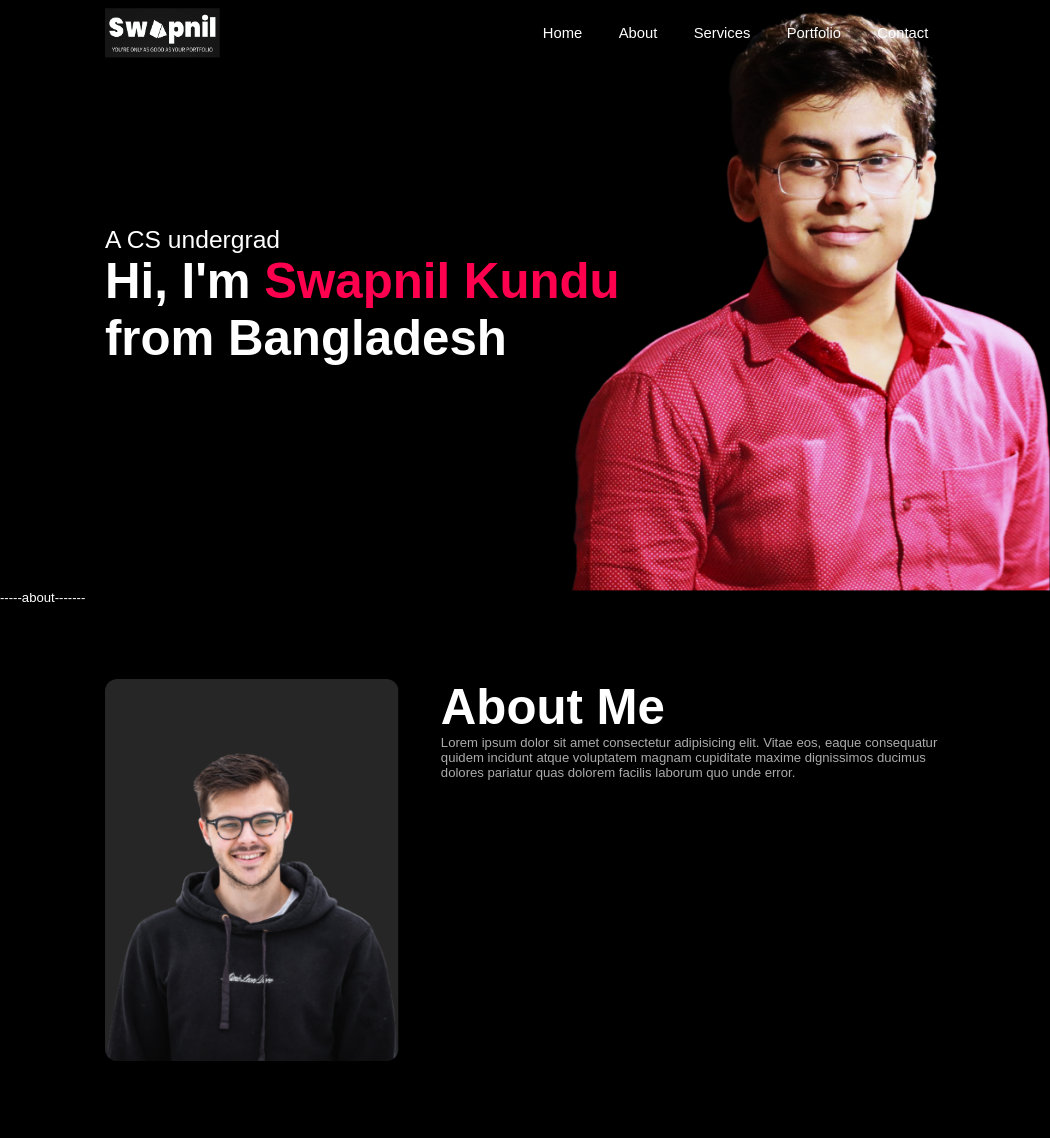
Repository: SwapnilKundu/portfolio
Page: index.html
These files come from the project's save history. The page is drawn as it stood at one moment and after the next save; the edit follows.
The browser window is 1280 px wide. The pictures show the whole page, at 82% of full size.

Above is the page before, as saved 2024-01-19 10:33:37.

After the next save:
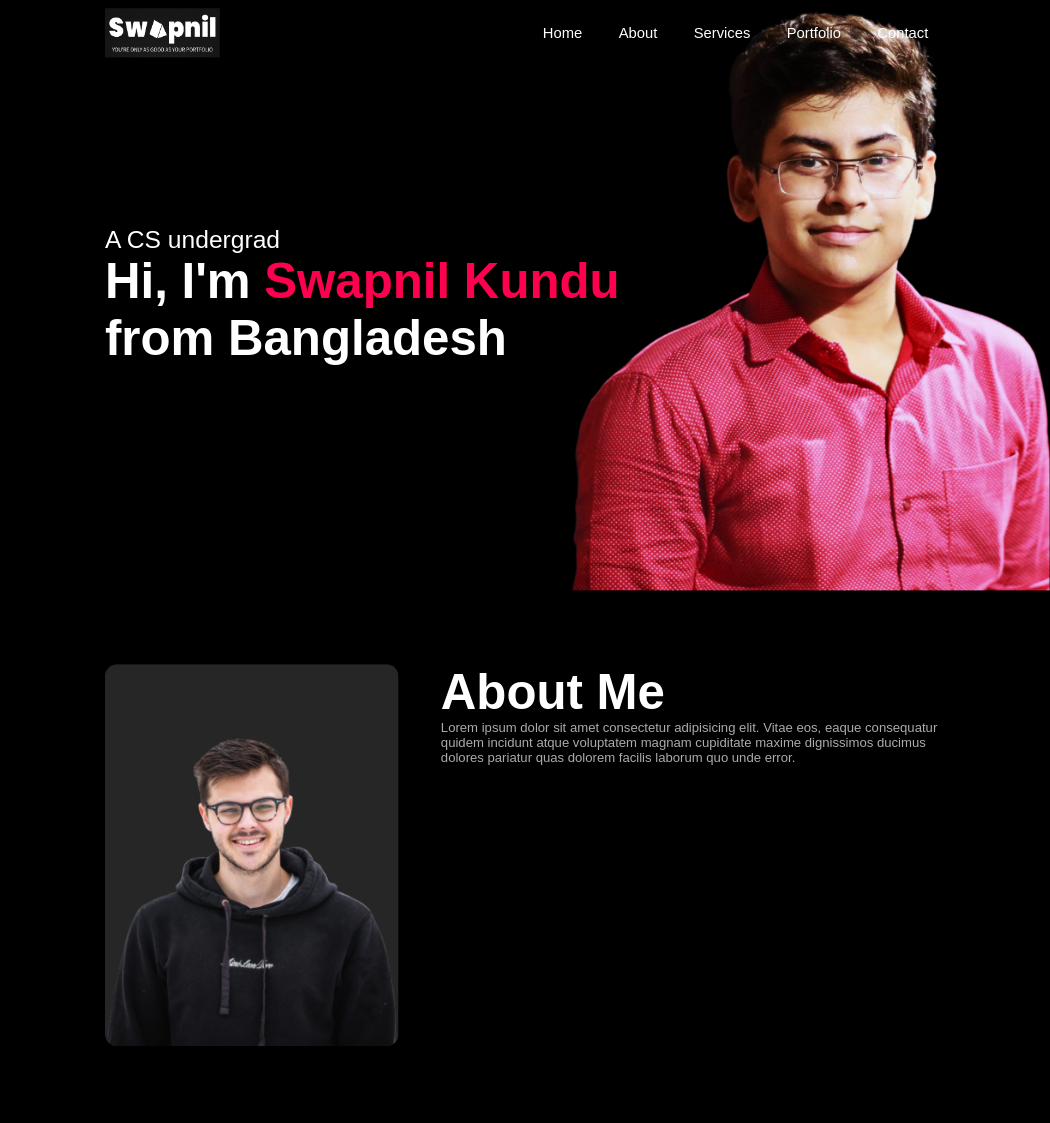
Saved 64 s later.
--- a/index.html
+++ b/index.html
@@ -26,7 +26,6 @@
         </div>
     </div>
   </div>
-  -----about-------
   <div id ="about">
     <div class ="container">
 
